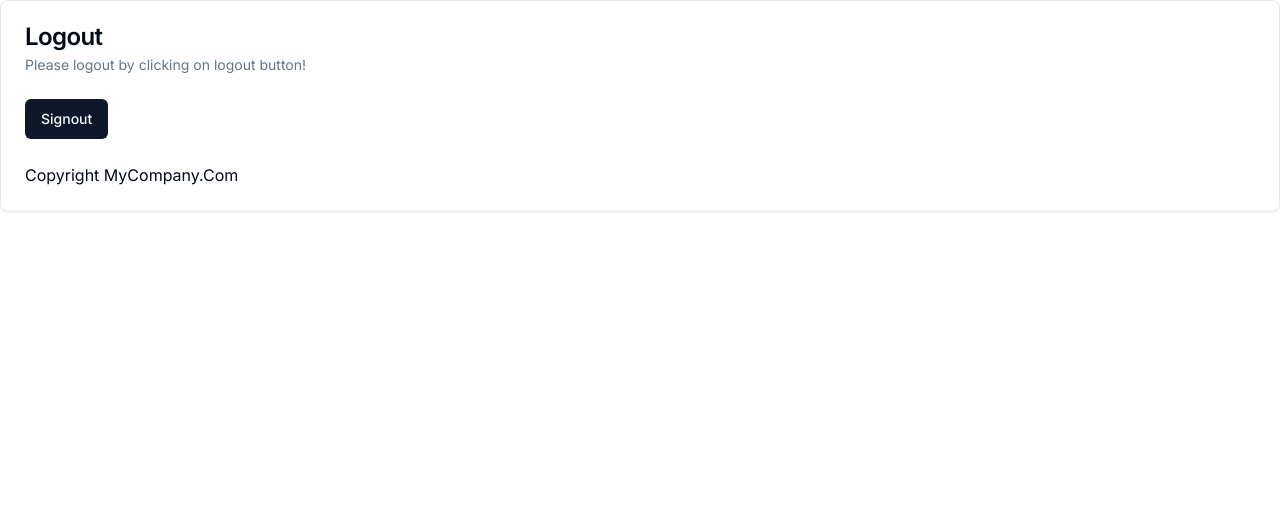
Repository: FrontendProjectsNL/next-auth-credentials-exercise
Page: /signout
The author's editor kept a copy of each file at every save. The page is drawn from the files as they stood at one save, then again after the next save.
The browser window is 1280 px wide. The pictures show the whole page.
The project was rebuilt for these pictures with package versions that can differ from the ones it lists, and the page was loaded fresh each time. The framework's server and built-in components were replaced by stand-ins that run in the browser. Also part of the build but not shown: next.config.mjs.

Above is the page before, as saved 2024-07-10 10:46:15.

### app/(auth)/signout/page.tsx
import { Button } from '@/components/ui/button';
import {
  Card,
  CardContent,
  CardDescription,
  CardFooter,
  CardHeader,
  CardTitle,
} from '@/components/ui/card';

const Signout = () => {
  return (
    <div className="w-full h-screen">
      <Card>
        <CardHeader>
          <CardTitle>Logout</CardTitle>
          <CardDescription>
            Please logout by clicking on logout button!
          </CardDescription>
        </CardHeader>
        <CardContent>
          <Button>Signout</Button>
        </CardContent>
        <CardFooter>Copyright MyCompany.Com</CardFooter>
      </Card>
    </div>
  );
};

export default Signout;

### components/ui/button.tsx
import * as React from "react"
import { Slot } from "@radix-ui/react-slot"
import { cva, type VariantProps } from "class-variance-authority"

import { cn } from "@/lib/utils"

const buttonVariants = cva(
  "inline-flex items-center justify-center whitespace-nowrap rounded-md text-sm font-medium ring-offset-background transition-colors focus-visible:outline-none focus-visible:ring-2 focus-visible:ring-ring focus-visible:ring-offset-2 disabled:pointer-events-none disabled:opacity-50",
  {
    variants: {
      variant: {
        default: "bg-primary text-primary-foreground hover:bg-primary/90",
        destructive:
          "bg-destructive text-destructive-foreground hover:bg-destructive/90",
        outline:
          "border border-input bg-background hover:bg-accent hover:text-accent-foreground",
        secondary:
          "bg-secondary text-secondary-foreground hover:bg-secondary/80",
        ghost: "hover:bg-accent hover:text-accent-foreground",
        link: "text-primary underline-offset-4 hover:underline",
      },
      size: {
        default: "h-10 px-4 py-2",
        sm: "h-9 rounded-md px-3",
        lg: "h-11 rounded-md px-8",
        icon: "h-10 w-10",
      },
    },
    defaultVariants: {
      variant: "default",
      size: "default",
    },
  }
)

export interface ButtonProps
  extends React.ButtonHTMLAttributes<HTMLButtonElement>,
    VariantProps<typeof buttonVariants> {
  asChild?: boolean
}

const Button = React.forwardRef<HTMLButtonElement, ButtonProps>(
  ({ className, variant, size, asChild = false, ...props }, ref) => {
    const Comp = asChild ? Slot : "button"
    return (
      <Comp
        className={cn(buttonVariants({ variant, size, className }))}
        ref={ref}
        {...props}
      />
    )
  }
)
Button.displayName = "Button"

export { Button, buttonVariants }

### components/ui/card.tsx
import * as React from "react"

import { cn } from "@/lib/utils"

const Card = React.forwardRef<
  HTMLDivElement,
  React.HTMLAttributes<HTMLDivElement>
>(({ className, ...props }, ref) => (
  <div
    ref={ref}
    className={cn(
      "rounded-lg border bg-card text-card-foreground shadow-sm",
      className
    )}
    {...props}
  />
))
Card.displayName = "Card"

const CardHeader = React.forwardRef<
  HTMLDivElement,
  React.HTMLAttributes<HTMLDivElement>
>(({ className, ...props }, ref) => (
  <div
    ref={ref}
    className={cn("flex flex-col space-y-1.5 p-6", className)}
    {...props}
  />
))
CardHeader.displayName = "CardHeader"

const CardTitle = React.forwardRef<
  HTMLParagraphElement,
  React.HTMLAttributes<HTMLHeadingElement>
>(({ className, ...props }, ref) => (
  <h3
    ref={ref}
    className={cn(
      "text-2xl font-semibold leading-none tracking-tight",
      className
    )}
    {...props}
  />
))
CardTitle.displayName = "CardTitle"

const CardDescription = React.forwardRef<
  HTMLParagraphElement,
  React.HTMLAttributes<HTMLParagraphElement>
>(({ className, ...props }, ref) => (
  <p
    ref={ref}
    className={cn("text-sm text-muted-foreground", className)}
    {...props}
  />
))
CardDescription.displayName = "CardDescription"

const CardContent = React.forwardRef<
  HTMLDivElement,
  React.HTMLAttributes<HTMLDivElement>
>(({ className, ...props }, ref) => (
  <div ref={ref} className={cn("p-6 pt-0", className)} {...props} />
))
CardContent.displayName = "CardContent"

const CardFooter = React.forwardRef<
  HTMLDivElement,
  React.HTMLAttributes<HTMLDivElement>
>(({ className, ...props }, ref) => (
  <div
    ref={ref}
    className={cn("flex items-center p-6 pt-0", className)}
    {...props}
  />
))
CardFooter.displayName = "CardFooter"

export { Card, CardHeader, CardFooter, CardTitle, CardDescription, CardContent }

Loaded but not shown: app/layout.tsx (common file); app/globals.css (common file); lib/utils.ts (common file); tailwind.config.ts (common file)

After the next save:
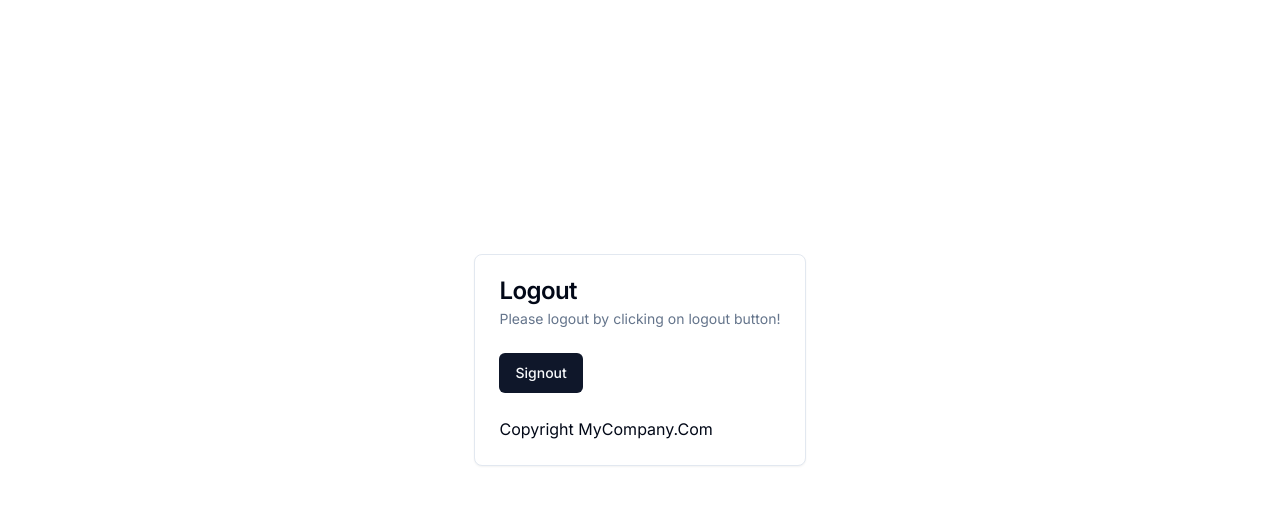
Saved 28 s later.
--- a/app/(auth)/signout/page.tsx
+++ b/app/(auth)/signout/page.tsx
@@ -10,7 +10,7 @@ import {
 
 const Signout = () => {
   return (
-    <div className="w-full h-screen">
+    <div className="w-full h-screen flex justify-center items-center">
       <Card>
         <CardHeader>
           <CardTitle>Logout</CardTitle>
